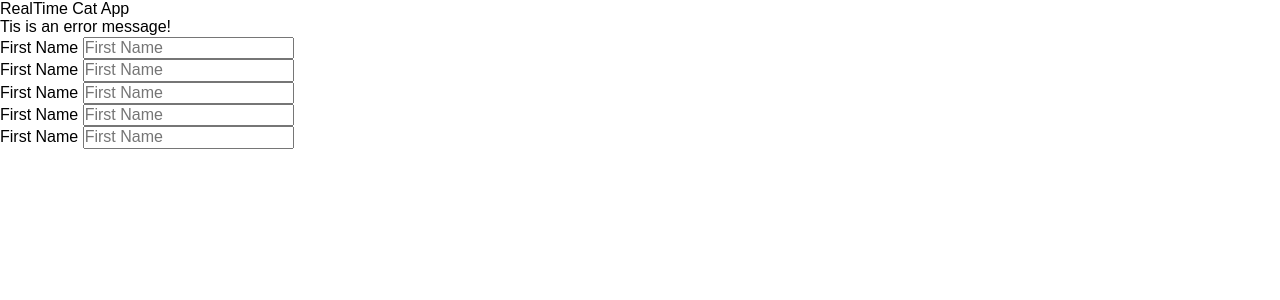
Repository: OmarEssameldinMousa/Chat-Application
Page: index.html
The author's editor kept a copy of each file at every save. The page is drawn from the files as they stood at one save, then again after the next save.
The browser window is 1280 px wide. The pictures show the whole page.

Above is the page before, as saved 2023-09-21 08:43:48.

After the next save:
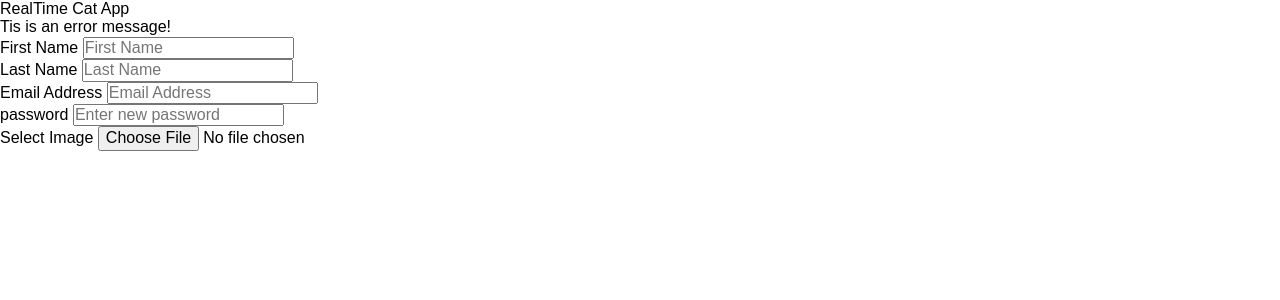
Saved 3 min 16 s later.
--- a/index.html
+++ b/index.html
@@ -24,23 +24,23 @@
                     </div>
 
                     <div class="field">
-                        <label for="">First Name</label>
-                        <input type="text" placeholder="First Name">
+                        <label for="">Last Name</label>
+                        <input type="text" placeholder="Last Name">
                     </div>
 
                     <div class="field">
-                        <label for="">First Name</label>
-                        <input type="text" placeholder="First Name">
+                        <label for="">Email Address</label>
+                        <input type="text" placeholder="Email Address">
                     </div>
 
                     <div class="field">
-                        <label for="">First Name</label>
-                        <input type="text" placeholder="First Name">
+                        <label for="">password</label>
+                        <input type="text" placeholder="Enter new password">
                     </div>
 
                     <div class="field">
-                        <label for="">First Name</label>
-                        <input type="text" placeholder="First Name">
+                        <label for="">Select Image</label>
+                        <input type="file">
                     </div>
 
 
